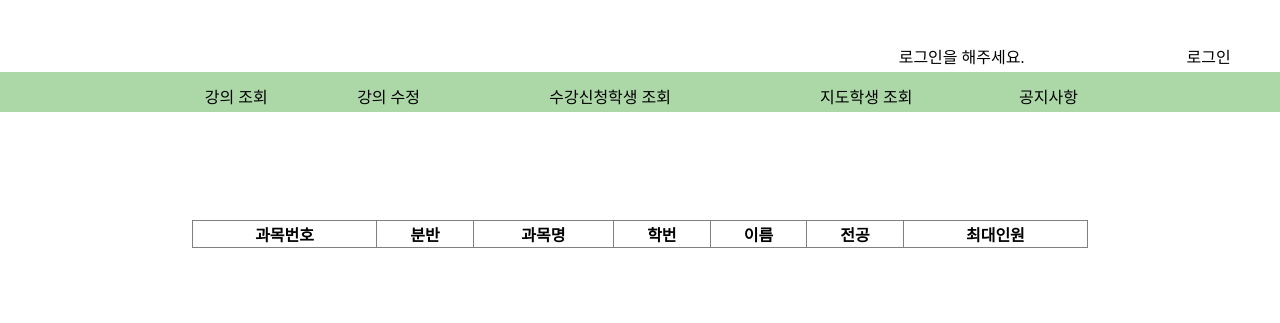
Repository: bokyung124/Enrolment_jsp
Page: http://localhost/lab/student_prof.jsp
These files come from the project's save history. The page is drawn as it stood at one moment and after the next save; the edit follows.
The browser window is 1280 px wide. The pictures show the whole page.
Some web fonts or font styles are not loaded; a fallback is used. The page is served by Tomcat 9. Queries for data that is not in the repository find no rows.

Above is the page before, as saved 2023-05-31 15:48:13.

### lab/lab/src/main/webapp/student_prof.jsp
<%@ page language="java" contentType="text/html; charset=UTF-8"
    pageEncoding="UTF-8"%>
<%@ page import="java.sql.*"%>
<!DOCTYPE html>
<html>
<head>
<link href="style.css" rel="stylesheet" type="text/css">
<meta charset="UTF-8">
<title>수강신청 학생 조회</title>
</head>
<body>
	<%@ include file="user.jsp"%>
	<%@ include file="top_prof.jsp"%>
	<br>
	<br>
	<br>
	<%
		Connection myConn = null;
		Statement stmt = null;
		ResultSet rs = null;
		String mySQL = "";
		PreparedStatement pstmt = null;
		int nTotalStudent = 0;
		int nYear = 0;
		int nSemester = 0;
		String dburl = "jdbc:oracle:thin:@localhost:1521:xe";
		String user = "leebk";
		String passwd = "1124";
		String dbdriver = "oracle.jdbc.driver.OracleDriver";

		try {
			Class.forName(dbdriver);
			myConn = DriverManager.getConnection(dburl, user, passwd);
			myConn.setAutoCommit(false);
			stmt = myConn.createStatement();

			CallableStatement cstmt = myConn.prepareCall("{? = call Date2EnrollYear(SYSDATE)}");
			cstmt.registerOutParameter(1, java.sql.Types.INTEGER);
			cstmt.execute();
			nYear = cstmt.getInt(1);

			CallableStatement cstmt2 = myConn.prepareCall("{? = call Date2EnrollSemester(SYSDATE)}");
			cstmt2.registerOutParameter(1, java.sql.Types.INTEGER);
			cstmt2.execute();
			nSemester = cstmt2.getInt(1);
			%>
			<%-- <script>document.getElementById('semesterInfo').innerHTML = "<%=nYear%>년  <%=nSemester%>학기";</script> --%>
<%
		} catch (SQLException ex) {
			System.err.println("SQLException: " + ex.getMessage());
		} catch (ClassNotFoundException ex) {
			System.err.println("ClassNotFoundException: " + ex.getMessage());
		} finally{
		      if(stmt != null)
			         try{myConn.commit(); stmt.close();
			         }catch(SQLException e){System.err.println("SQLException: " + e.getMessage());}
			   }

		CallableStatement cstmt = myConn.prepareCall("{? = call Date2EnrollYear(SYSDATE)}");
		cstmt.registerOutParameter(1, java.sql.Types.INTEGER);
		CallableStatement cstmt2 = myConn.prepareCall("{? = call Date2EnrollSemester(SYSDATE)}");
		cstmt2.registerOutParameter(1, java.sql.Types.INTEGER);

		%>

	<!-- 년도, 학기 추가하기 -->
	<!-- 과목번호로 sort해서 출력하기 -->


<!-- 	<div>
	 <input type="text"  id = "semesterInfo"></input>
	</div> -->

	<br>
	<br>

 	<%

 	mySQL = "select c.c_id, c.c_id_no, c.c_name, s.s_id, s.s_name, s.s_major, t.t_max from enroll e, course c, student s, teach t where t.p_id='"
 	+ session_id + "' and e.t_id = t.t_id and t.c_id = c.c_id and t.c_id_no = c.c_id_no and e.s_id = s.s_id and e_year = ? and e_semester = ?";
	pstmt = myConn.prepareStatement(mySQL);
	pstmt.setInt(1, nYear);
	pstmt.setInt(2, nSemester);
	rs = pstmt.executeQuery();
	%>

	<table width="70%" align="center" border>
		<br>
		<tr>
			<th>과목번호</th>
			<th>분반</th>
			<th>과목명</th>
			<th>학번</th>
			<th>이름</th>
			<th>전공</th>
			<th>최대인원</th>
		</tr>
	<%

		while (rs.next()) {
			String cid = rs.getString("c_id");
			Integer cidno = rs.getInt("c_id_no");
			String cname = rs.getString("c_name");
			String sid = rs.getString("s_id");
			String sname = rs.getString("s_name");
			String smajor = rs.getString("s_major");
			Integer tmax = rs.getInt("t_max");

		%>

		<tr>
				<td><%= cid %></td>
				<td><%= cidno %></td>
				<td><%= cname %></td>
				<td><%= sid %></td>
				<td><%= sname %></td>
				<td><%= smajor %></td>
				<td><%= tmax %></td>
			</tr>
	<%
	}
	%>
</table>
</body>
</html>

### lab/lab/src/main/webapp/user.jsp
<%@ page language="java" contentType="text/html; charset=UTF-8"
	pageEncoding="UTF-8"%>
<html>
<head>
<link href="style.css?after" rel="stylesheet" type="text/css">
</head>
</html>

<br>
<br>
<table class="top" width="500px" align="right">
	<tr>
		<td>
			<% String session_id = (String) session.getAttribute("user");
		if (session_id == null) {%> <p>로그인을 해주세요.</p>
		<%} else {%> <p><%=session_id%>님 방문을 환영합니다.</p>
		</td>
		<td>
		<% if (session_id.length() == 7) {%> <a href="update.jsp">마이페이지</a>
		<%} else if (session_id.length() == 5) {%> <a href="update_prof.jsp">마이페이지</a> <% }
		else { %> <p>&nbsp;&nbsp;&nbsp;&nbsp;&nbsp;&nbsp;&nbsp;&nbsp;</p><%} %>
		<%}%>
		</td>
		<td>
		<% String log;
if (session_id == null)
log = "<a href=login.jsp>로그인</a>";
else log = "<a href=logout.jsp>로그아웃</a>"; %>
		<p class = "title"><%=log%></p>



		</td>

		<td>

		</td>
	</tr>
</table>

### lab/lab/src/main/webapp/top_prof.jsp
<%@ page language="java" contentType="text/html; charset=UTF-8"
	pageEncoding="UTF-8"%>
<html>
<head>
<link href = "style.css?after" rel = "stylesheet" type = "text/css">
</head>
</html>

<%-- <% String session_id = (String) session.getAttribute("user");
String log;
if (session_id == null)
log = "<a href=login.jsp>로그인</a>";
else log = "<a href=logout.jsp>로그아웃</a>"; %>
 --%>
<br>
<br>
<div class = "topButton">
<table class="top" width="75%" align="center">
	<tr>
		<td>강의 조회</td>
		<td>강의 수정</td>
		<td><a href="student_prof.jsp">수강신청학생 조회</a></td>
		<td>지도학생 조회</td>
		<td>공지사항</td>
	</tr>
</table>
</div>

### lab/lab/src/main/webapp/style.css
@charset "UTF-8";

@font-face {
    font-family: 'DOSIyagiMedium';
    src: url('https://cdn.jsdelivr.net/gh/projectnoonnu/noonfonts_2304-2@1.0/DOSIyagiMedium.woff2') format('woff2');
    font-weight: normal;
    font-style: normal;
}

@font-face {
    font-family: 'SUITE-Regular';
    src: url('https://cdn.jsdelivr.net/gh/projectnoonnu/noonfonts_2304-2@1.0/SUITE-Regular.woff2') format('woff2');
    font-weight: 400;
    font-style: normal;
}

@import url(//fonts.googleapis.com/earlyaccess/notosanskr.css);

.notosanskr * {
 font-family: 'Noto Sans KR', sans-serif;
}


@import url('https://fonts.googleapis.com/css2?family=Noto+Sans:wght@800&display=swap');


@font-face {
	font-family: 'Noto Sans', sans-serif;
	src: url('https://fonts.googleapis.com/css2?family=Noto+Sans:wght@800&display=swap');

    font-style: normal;
}

@font-face {
     font-family: 'S-CoreDream-3Light';
     src: url('https://cdn.jsdelivr.net/gh/projectnoonnu/noonfonts_six@1.2/S-CoreDream-3Light.woff') format('woff');
     font-weight: normal;
     font-style: normal;
}

:root {
	--black: #000000;
	--pink: #fb4175;
	--lime: #23cd59;
	/* --lime: #b2e43f; */
	--green: #acd8a7;
	--white: #ffffff;
}
.mainTitle {
	color: var(--green);
	font-family: 'S-CoreDream-3Light';
	font-size: 350px;
	font-weight: 900;
	/* text-shadow: 4px 4px var(--pink); */
	text-align: center;
	height: 400px;
	margin-top: 100px;
	margin-bottom: 0;

}
.clover {
	font-size: 30px;
	width: 30px;
	position: fixed;
	top: 30px;
	left: 30px;
}

.title {

	font-family: 'S-CoreDream-3Light';
}

body {
	/* background-color: var(--white); */
	background-color: var(--white);
	color: var(--black);
	font-family: 'S-CoreDream-3Light';
	text-align: center;
	margin: 0;
}

/*메뉴바*/
 .top{
	border-collapse:collapse;
	height: 40px;
	font-family: 'SUITE-Regular';
    text-decoration-line: none;

}
/*
a {

    text-decoration-line: none;
    font-size: 10px;
} */

.user {
	height: 40px;
}
.topButton {
	background-color: var(--green);
	height: 40px;
	width: auto;
	vertical-align: middle;
	bottom-padding: 10px;

}

.gameImage{
	width:400px;
	height: auto;
	position:relative;
	top:0px;
}
/*login.jsp*/
.top2{
	background-color: #99CCFF;
	height: 35px;
}

/*신청, 삭제 a태그*/
#Wcolor{
	color:  var(--green);
	font-size: 1.1rem;
}

/*출력 테이블 맨 윗줄에 넣고싶다*/
#Bcolor{
	background-color:#99CCFF;
}
table{
	border-collapse:collapse;
}
table td{
	text-align: center;
	font-family:'S-CoreDream-3Light';
	font-size: 16px;
	height:17px;
}

p {
	margin: 0;
}

/*top.jsp : 로그인 태그 때문에 페이지 내에서 a태그에 속성 적용*/
a{
color: var(--black);
font-family: 'S-CoreDream-3Light';
font-size: 16px;
text-decoration: none;
}
a:hover{
text-decoration: none;
font-weight:bolder;
}

/*insert.jsp*/
#semesterInfo{
   text-align:center;
   font-family: 'S-CoreDream-3Light';
	font-size: 1.4rem;
}

/*update.jsp*/
.editable{
   width:70%;
   text-align:center;
   font-family:S-CoreDream-3Light;
	font-size: 1.2rem;
}

 /* 로그인창 */


  .loginDiv {
	margin: 0;
	background-color: var(--green);
	box-sizing: border-box;
	font-family: 'S-CoreDream-3Light';
	/* border-radius: 5px; */
  }

  .login-form {
	  width: 300px;
	  background-color: #EEEFF1;
	  margin-right: auto;
	  margin-left: auto;
	  margin-top: 50px;
	  padding: 20px;
	  text-align: center;
	  border: none;

  }

  .text-field {
	font-family: 'S-CoreDream-3Light';
		font-size: 14px;
		padding: 10px;
		border: none;
		width: 260px;
		margin-bottom: 10px;

  }

  .submit-btn {
	font-family: 'S-CoreDream-3Light';
	font-size: 14px;
	border: none;
	padding: 10px;
	width: 280px;
	background-color: var(--green);
		margin-bottom: 10px;

	color: white;
  }
  .back-btn {
	font-family: 'S-CoreDream-3Light';
	font-size: 14px;
	border: none;
	padding: 10px;
	width: 280px;
	background-color: var(--green);

	color: white;
  }

  .links {
	  text-align: center;
  }

  .links a {
	font-size: 12px;
	color: #9B9B9B;
  }


.main {
	height: 100vh;
	display: flex;
	justify-content: center;
	align-items: center;
}

 .main h1 {
	color: rgba(255, 255, 255, 0.8);
	font-size: 65px;

 }

 .cursor {
	z-index: 999;
	position: fixed;
	background: #2696E8;
	width: 20px;
	height: 20px;
	border-radius: 50%;
	pointer-events: none;
	box-shadow: 0 0 20px #2696E8,
	0 0 60px #2696E8,
	0 0 100px #2696E8;
	animation: colors 5s infinite;
	transform: translate(-50%, -50%);
	display: none;
 }

 @keyframes colors {
	0% {
		filter: hue-rotate(0deg);
	}
	100% {
		filter: hue-rotate(360deg);
	}
 }
.cursor:before {
	content: "";
	position: absolute;
	background-color: #2696E8;
	width: 50px;
	height: 50px;
	opacity: 0.2;
	transform: translate(-30%, -30%);
	border-radius: 50%;
}





.menu_btn {
	background-color: var(--green);
	border-width: 20px;
	padding:  5px 20px;
	margin: 10px;

}



/* 마이페이지 */
.mypage-table {
    border-collapse: collapse;
    font-size: 0.9em;
    font-family: sans-serif;
    min-width: 400px;
}

.mypage-table th,
.mypage-table td {
	border: 20px solid #EEEFF1;
	padding: 10px 0;
}
.mypage-table tbody tr {

}

.mypage-table tbody tr {
    background-color: var(--white);
    padding: 30px 0;
}

.mypage-table tbody tr:last-of-type {
    background-color: var(--green);
}

.mypage-table tbody tr.active-row {
    font-weight: bold;
    color: #009879;
}

.myPage-textField {

	width: 300px;

	  text-align: center;
	  border: none;
}

.myPage-textField input::placeholder {
  color: red;
  font-style: italic;
  font-size: 14px;
}
.myPage-textField input:active {
	color: white;
background-color: blue;
}


.deleteTable {
	border-color: white;
}

.deleteTable thead tr {
    background-color: #009879;
    color: #ffffff;
    text-align: left;
}
.deleteTable tbody tr {
    background-color: var(--white);
    padding: 30px 0;
}
.deleteTable tbody {

}
.deleteTable tbody tr:nth-of-type(even) {
    background-color: #e8f5e6;
}

After the next save:
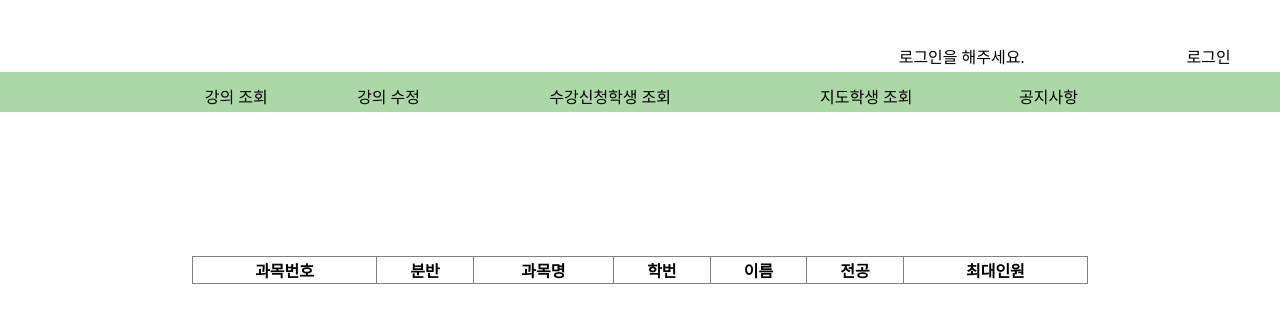
Console error: TypeError: Cannot set properties of null (setting 'innerHTML')
Saved 4 min 45 s later.
--- a/lab/lab/src/main/webapp/student_prof.jsp
+++ b/lab/lab/src/main/webapp/student_prof.jsp
@@ -44,7 +44,7 @@
 			cstmt2.execute();
 			nSemester = cstmt2.getInt(1);
 			%>
-			<%-- <script>document.getElementById('semesterInfo').innerHTML = "<%=nYear%>년  <%=nSemester%>학기";</script> --%>
+			<script>document.getElementById('semesterInfo').innerHTML = "<%=nYear%>년  <%=nSemester%>학기";</script>
 <%
 		} catch (SQLException ex) {
 			System.err.println("SQLException: " + ex.getMessage());
@@ -83,6 +83,14 @@
 	pstmt.setInt(2, nSemester);
 	rs = pstmt.executeQuery();
 	%>
+
+	<div>
+  <span id="semesterInfo"></span>
+</div>
+
+<br>
+<br>
+
 
 	<table width="70%" align="center" border>
 		<br>

After the save that followed:
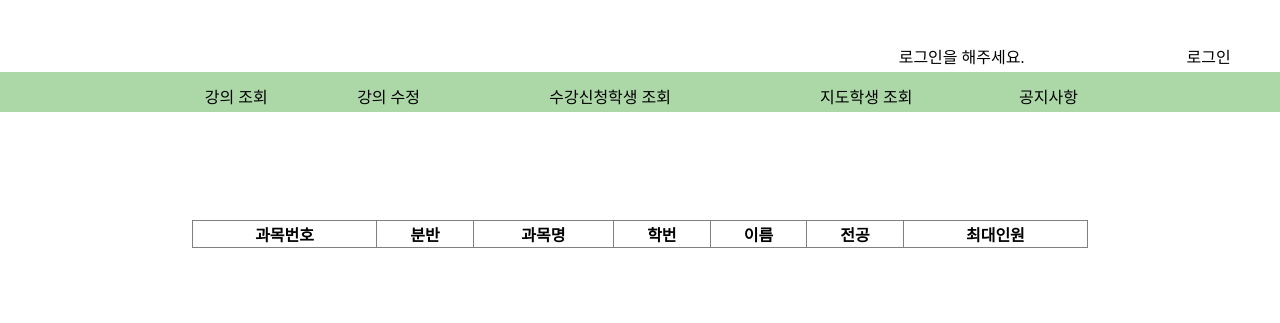
Saved 12 s later.
--- a/lab/lab/src/main/webapp/student_prof.jsp
+++ b/lab/lab/src/main/webapp/student_prof.jsp
@@ -84,13 +84,6 @@
 	rs = pstmt.executeQuery();
 	%>
 
-	<div>
-  <span id="semesterInfo"></span>
-</div>
-
-<br>
-<br>
-
 
 	<table width="70%" align="center" border>
 		<br>
